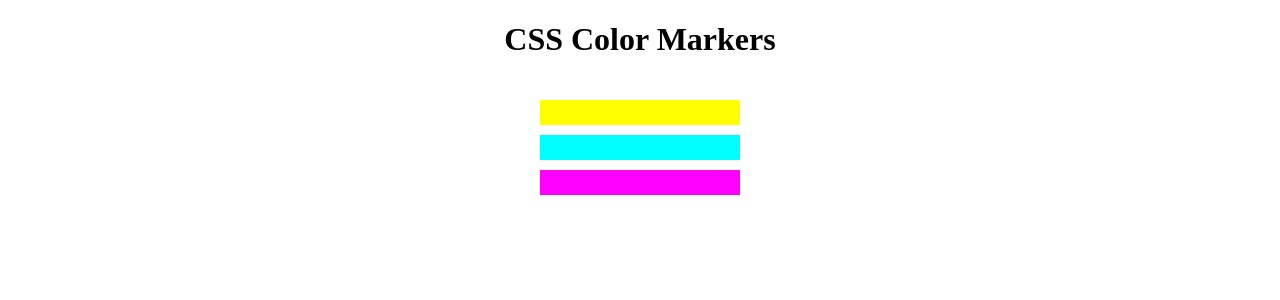
Repository: AimenDje/ColoredMarkers
Page: index.html
The author's editor kept a copy of each file at every save. The page is drawn from the files as they stood at one save, then again after the next save.
The browser window is 1280 px wide. The pictures show the whole page.

Above is the page before, as saved 2025-05-08 16:03:05.

### index.html
<!DOCTYPE html>
<html lang="en">
    <head>
        <meta charset="utf-8">
        <meta name="viewport" content="width=device-width, initial-scale=1.0">
        <link rel="stylesheet" href="styles.css">
        <title>Colored Markers</title>
    </head>
    <body>
        <h1>CSS Color Markers</h1>
        <div class="container">
            <div class="marker one">
            </div>
            <div class="marker two">
            </div>
            <div class="marker three">
            </div>
        </div>
      </body>
</html>

### styles.css
h1 {
    text-align:center;
}

.marker {
    width: 200px;
    height: 25px;
    margin: 10px auto;
  }

.one {
    background-color: rgb(255,255,0);
}

.two {
    background-color: rgb(0, 255, 255);
}

.three {
    background-color: rgb(255, 0, 255);
}

.container {
    background-color: rgb(255, 255, 255);
    padding: 10px 0;
}

After the next save:
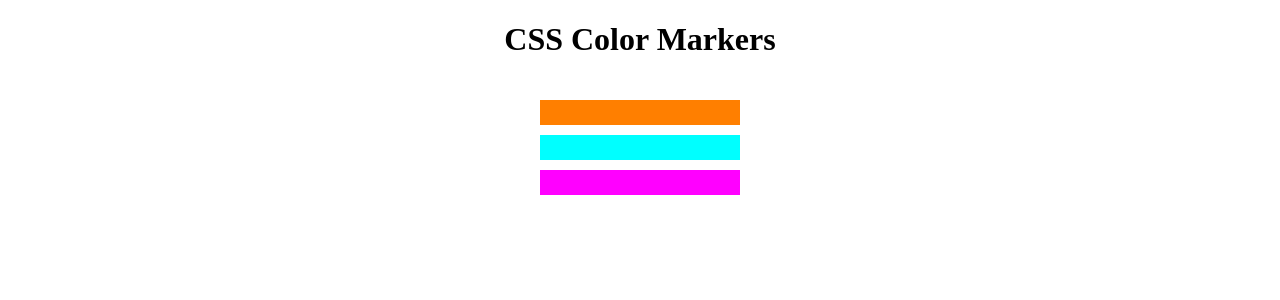
Saved 102 s later.
--- a/styles.css
+++ b/styles.css
@@ -9,7 +9,7 @@
   }
 
 .one {
-    background-color: rgb(255,255,0);
+    background-color: rgb(255,127,0);
 }
 
 .two {
